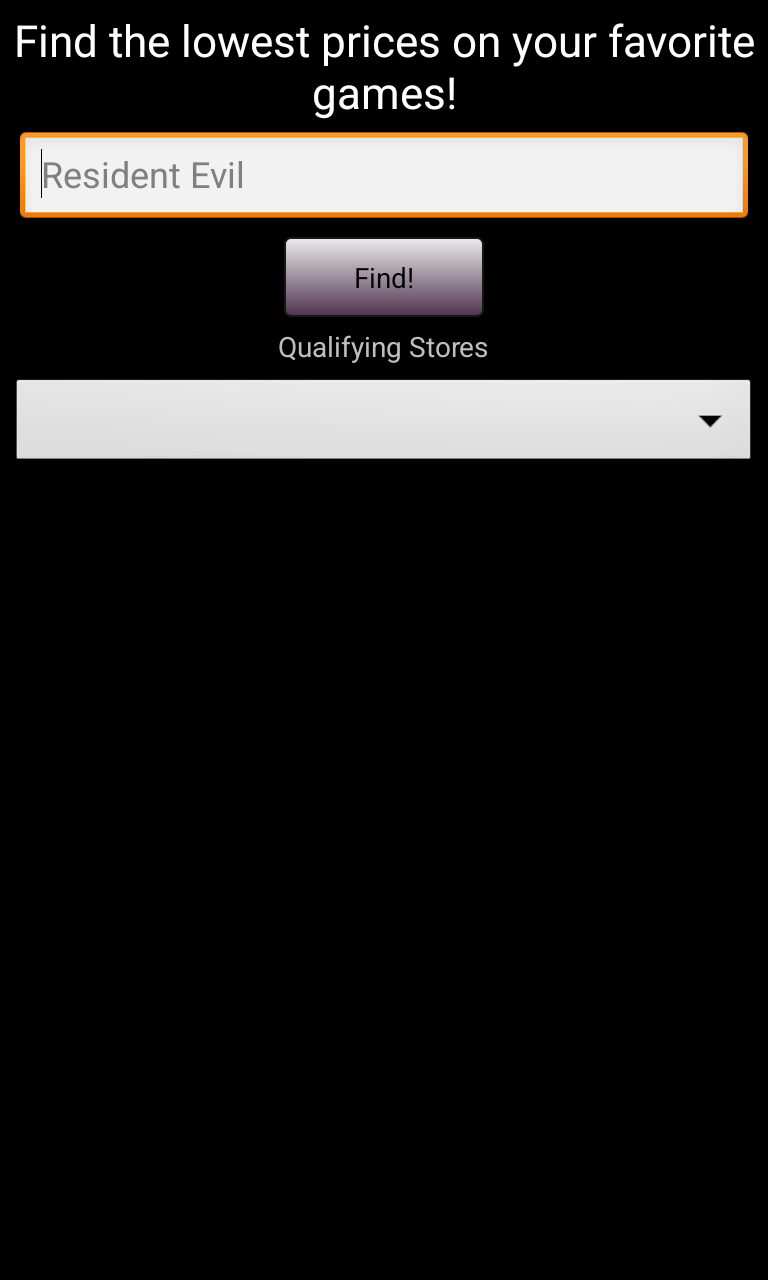
Repository: laurenelder/Java1-GameFinderApplication
Layout: GameFinder/res/layout/activity_main.xml
The author's editor kept a copy of each file at every save. The layout is drawn from the files as they stood at one save, then again after the next save.
It is drawn on a 768 x 1280 px phone screen (xhdpi) without system bars, with theme android:Theme.Black; the app's code is not run. Lists and similar views that code fills are empty.

Above is the layout before, as saved 2014-06-26 02:41:51.

After the next save:
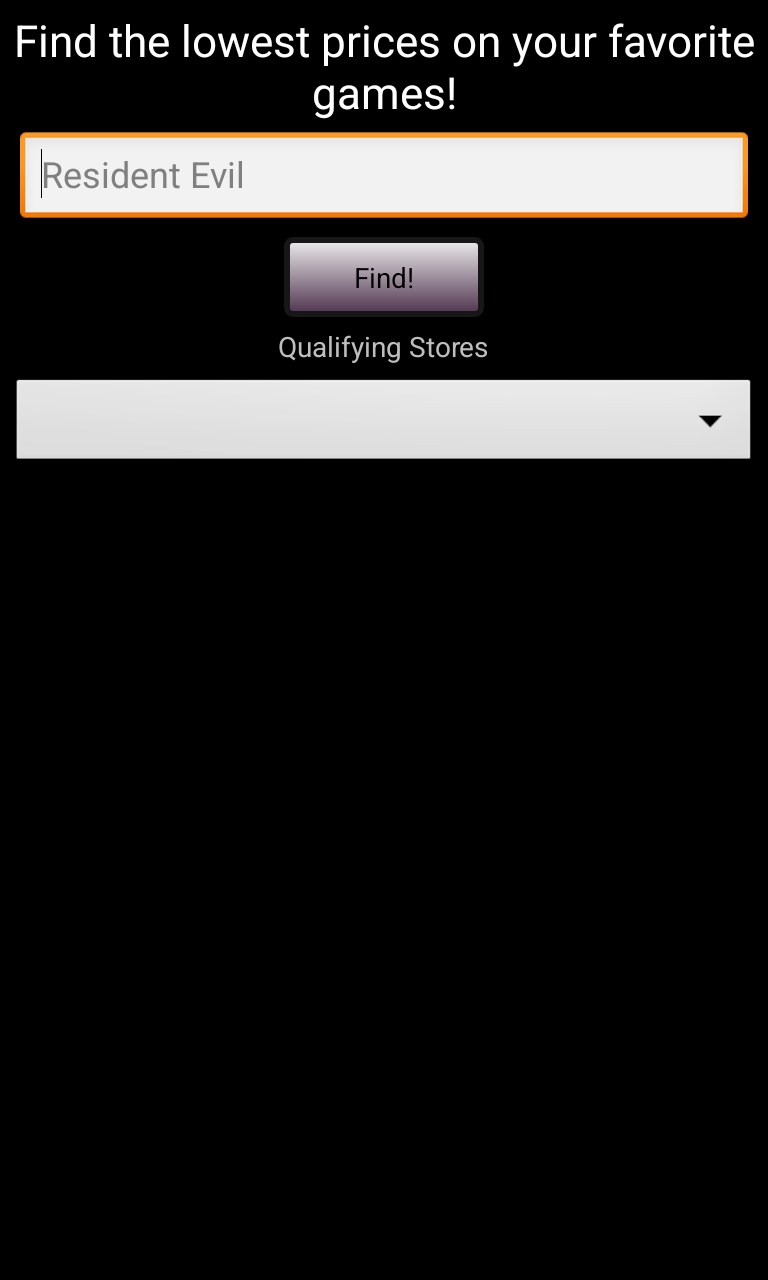
Saved 40 s later.
--- a/GameFinder/res/drawable/gradient_rect.xml
+++ b/GameFinder/res/drawable/gradient_rect.xml
@@ -13,7 +13,7 @@
 	</corners>
 
     <stroke
-        android:width="1dp"
+        android:width="3dp"
         android:color="#171717" >
     </stroke>
 
